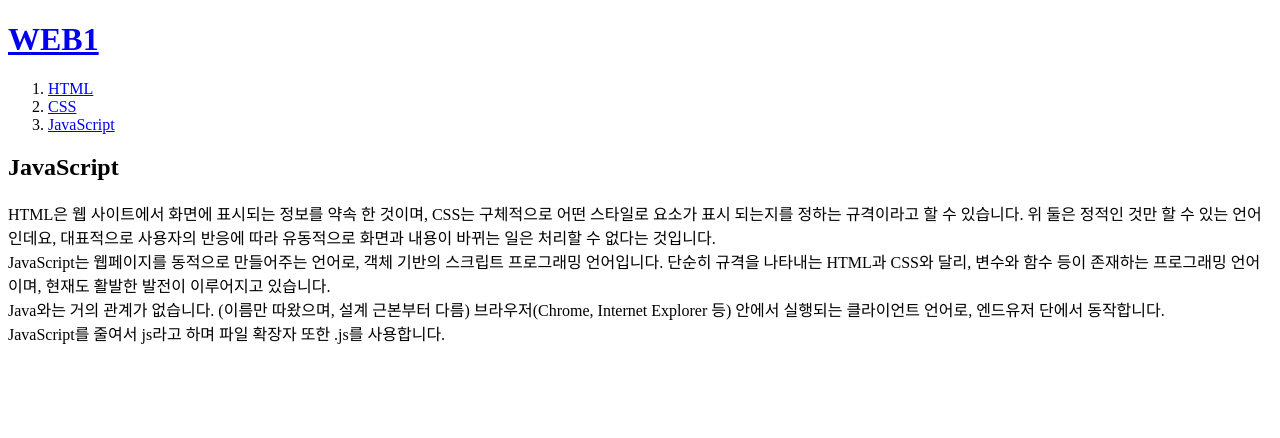
Repository: winterer4/Web-1
Page: HTML5/3.html
An editor plug-in stored every save of this project. The page is shown before and after the next save, followed by the edit.
The browser window is 1280 px wide. The pictures show the whole page.

Above is the page before, as saved 2018-10-29 07:36:56.

### HTML5/3.html
<!DOCTYPE html>
<html>
<head>
<meta charset="UTF-8">
<title>WEB 1  - JavaScript</title>
</head>
<body>
 <h1><a href="index.html">WEB1</a></h1>
<ol>
	<li><a href="1.html">HTML      </a></li>
	<li><a href="2.html">CSS       </a></li>
	<li><a href="3.html">JavaScript</a></li>
</ol>

	<h2>JavaScript</h2>
<p>

HTML은 웹 사이트에서 화면에 표시되는 정보를 약속 한 것이며, CSS는 구체적으로 어떤 스타일로 요소가 표시 되는지를 정하는 규격이라고 할 수 있습니다.
위 둘은 정적인 것만 할 수 있는 언어인데요, 대표적으로 사용자의 반응에 따라 유동적으로 화면과 내용이 바뀌는 일은 처리할 수 없다는 것입니다.
<br>
JavaScript는 웹페이지를 동적으로 만들어주는 언어로, 객체 기반의 스크립트 프로그래밍 언어입니다.
단순히 규격을 나타내는 HTML과 CSS와 달리, 변수와 함수 등이 존재하는 프로그래밍 언어이며, 현재도 활발한 발전이 이루어지고 있습니다.
<br>
Java와는 거의 관계가 없습니다. (이름만 따왔으며, 설계 근본부터 다름)
브라우저(Chrome, Internet Explorer 등) 안에서 실행되는 클라이언트 언어로, 엔드유저 단에서 동작합니다.
<br>
JavaScript를 줄여서 js라고 하며 파일 확장자 또한 .js를 사용합니다.







</p>




</body>






</html>

After the next save:
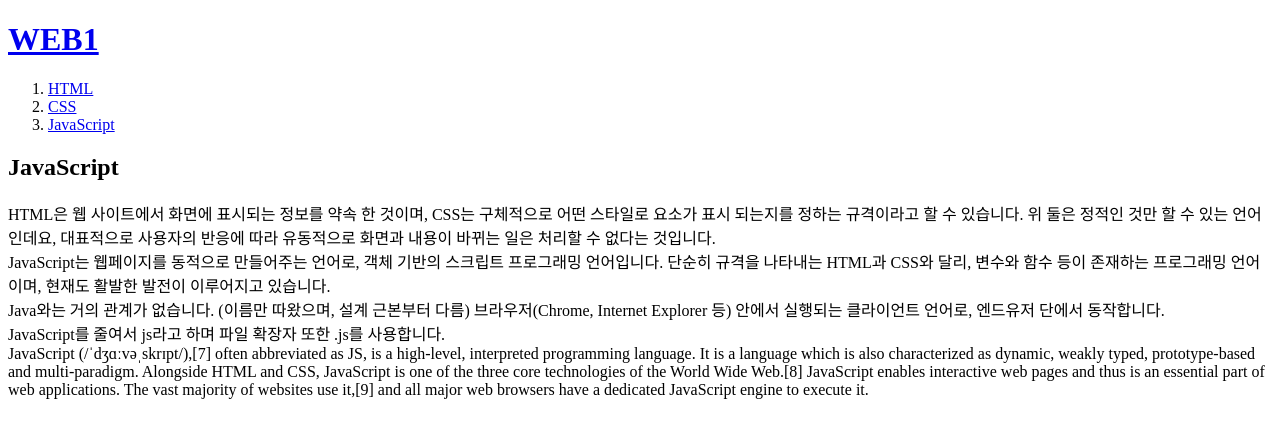
Saved 2 min 49 s later.
--- a/HTML5/3.html
+++ b/HTML5/3.html
@@ -28,7 +28,10 @@ JavaScript를 줄여서 js라고 하며 파일 확장자 또한 .js를 사용합
 
 
 
+<br>
+JavaScript (/ˈdʒɑːvəˌskrɪpt/),[7] often abbreviated as JS, is a high-level, interpreted programming language. It is a language which is also characterized as dynamic, weakly typed, prototype-based and multi-paradigm.
 
+Alongside HTML and CSS, JavaScript is one of the three core technologies of the World Wide Web.[8] JavaScript enables interactive web pages and thus is an essential part of web applications. The vast majority of websites use it,[9] and all major web browsers have a dedicated JavaScript engine to execute it.
 
 
 
